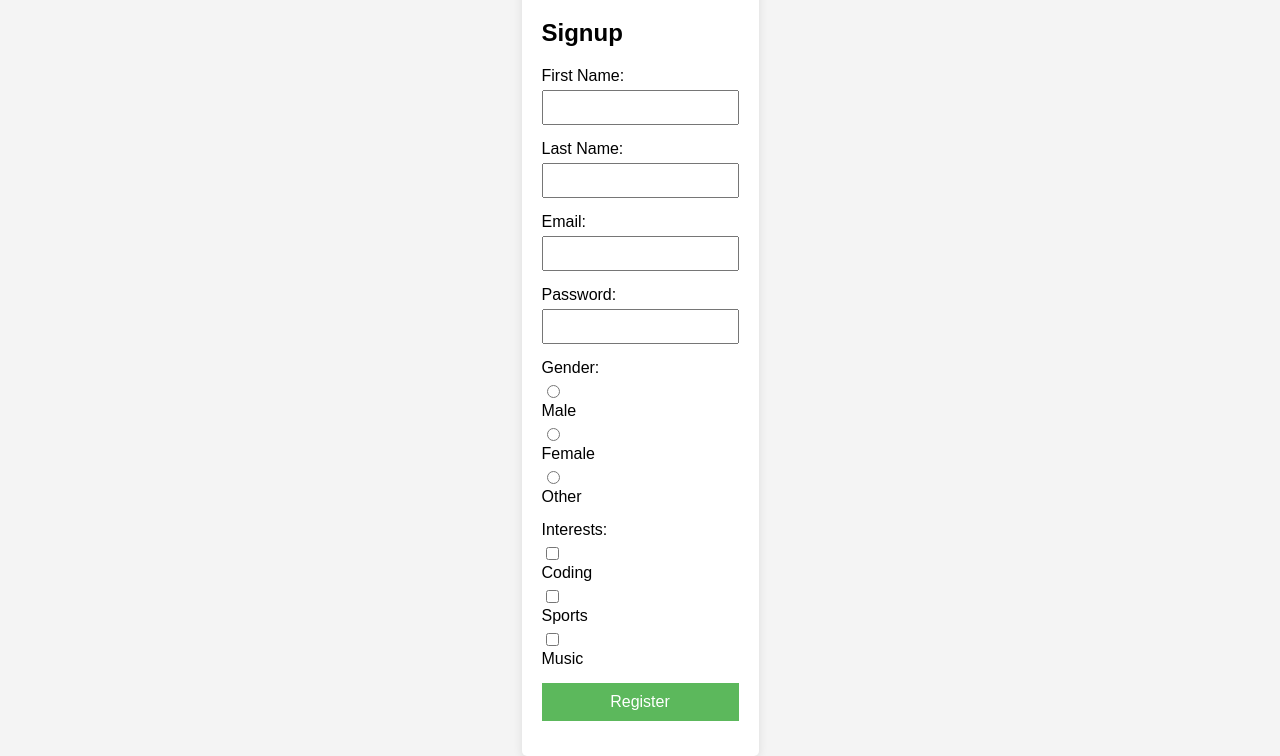
Repository: SHASHIDHAR-as/Spring
Page: spring-jsp-servelets/webapp/Webapp/src/main/webapp/Register.html
An editor plug-in stored every save of this project. The page is shown before and after the next save, followed by the edit.
The browser window is 1280 px wide. The pictures show the whole page.

Above is the page before, as saved 2024-07-30 06:46:49.

After the next save:
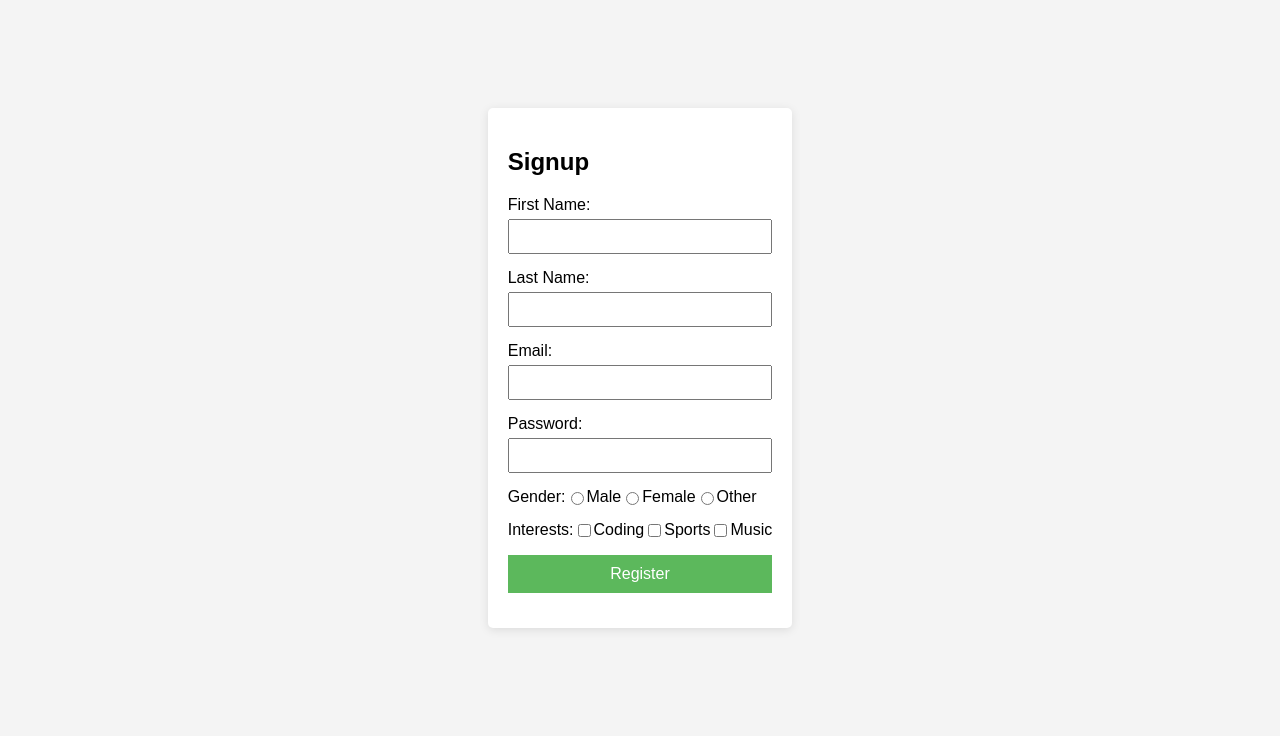
Saved 26 s later.
--- a/spring-jsp-servelets/webapp/Webapp/src/main/webapp/Register.html
+++ b/spring-jsp-servelets/webapp/Webapp/src/main/webapp/Register.html
@@ -77,7 +77,7 @@
             <label for="password">Password:</label>
             <input type="password" id="password" name="password" required>
         </div>
-        <div class="form-group">
+        <div class="form-group-w">
             <label>Gender:</label>
             <input type="radio" id="male" name="gender" value="male" required>
             <label for="male">Male</label>
@@ -86,7 +86,7 @@
             <input type="radio" id="other" name="gender" value="other" required>
             <label for="other">Other</label>
         </div>
-        <div class="form-group">
+        <div class="form-group-w">
             <label>Interests:</label>
             <input type="checkbox" id="coding" name="interests" value="coding">
             <label for="coding">Coding</label>
